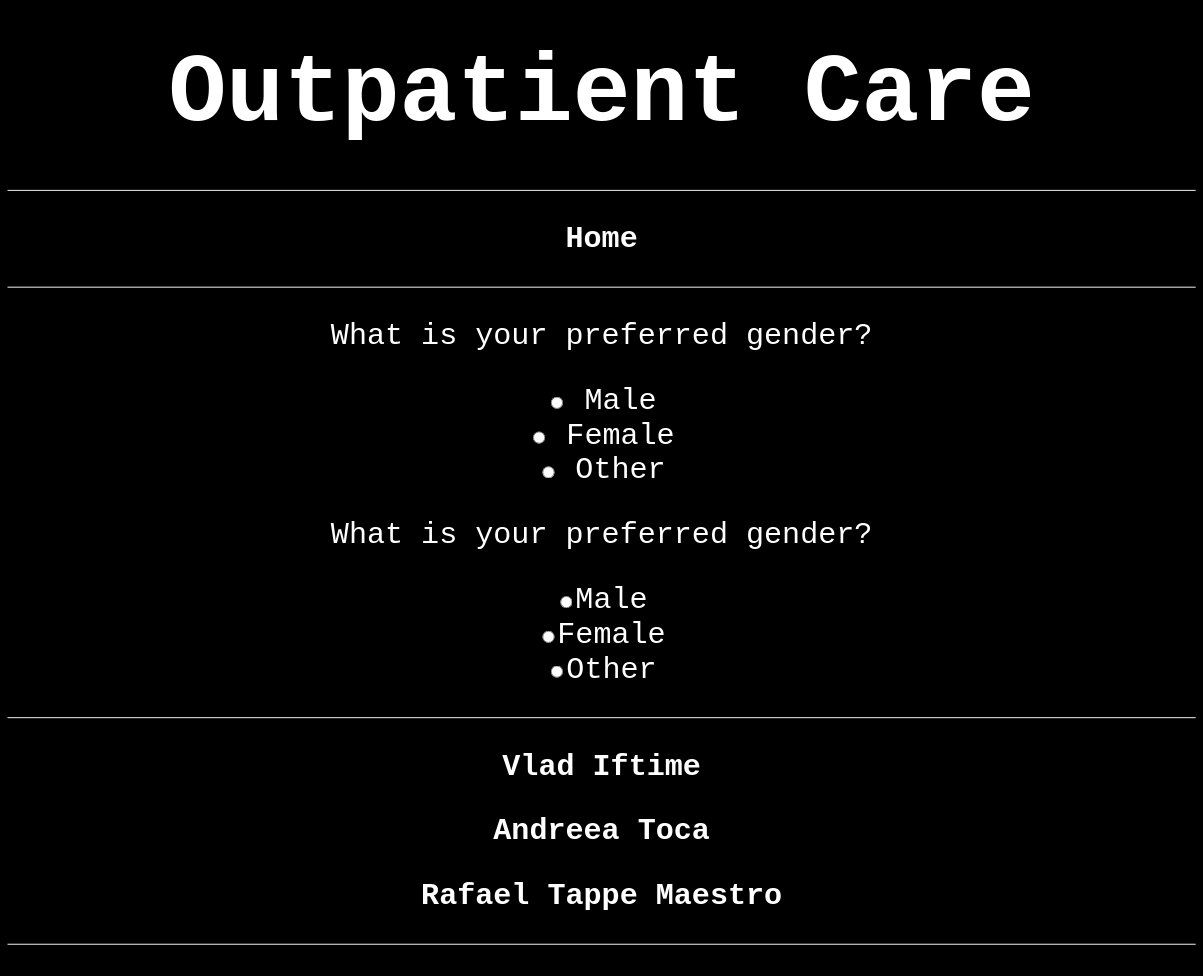
Repository: VladIftime/KnowledgeTechnology2019
Page: src/front/index.html
The author's editor kept a copy of each file at every save. The page is drawn from the files as they stood at one save, then again after the next save.
The browser window is 1280 px wide. The pictures show the whole page, at 94% of full size.

Above is the page before, as saved 2020-01-11 20:08:00.

After the next save:
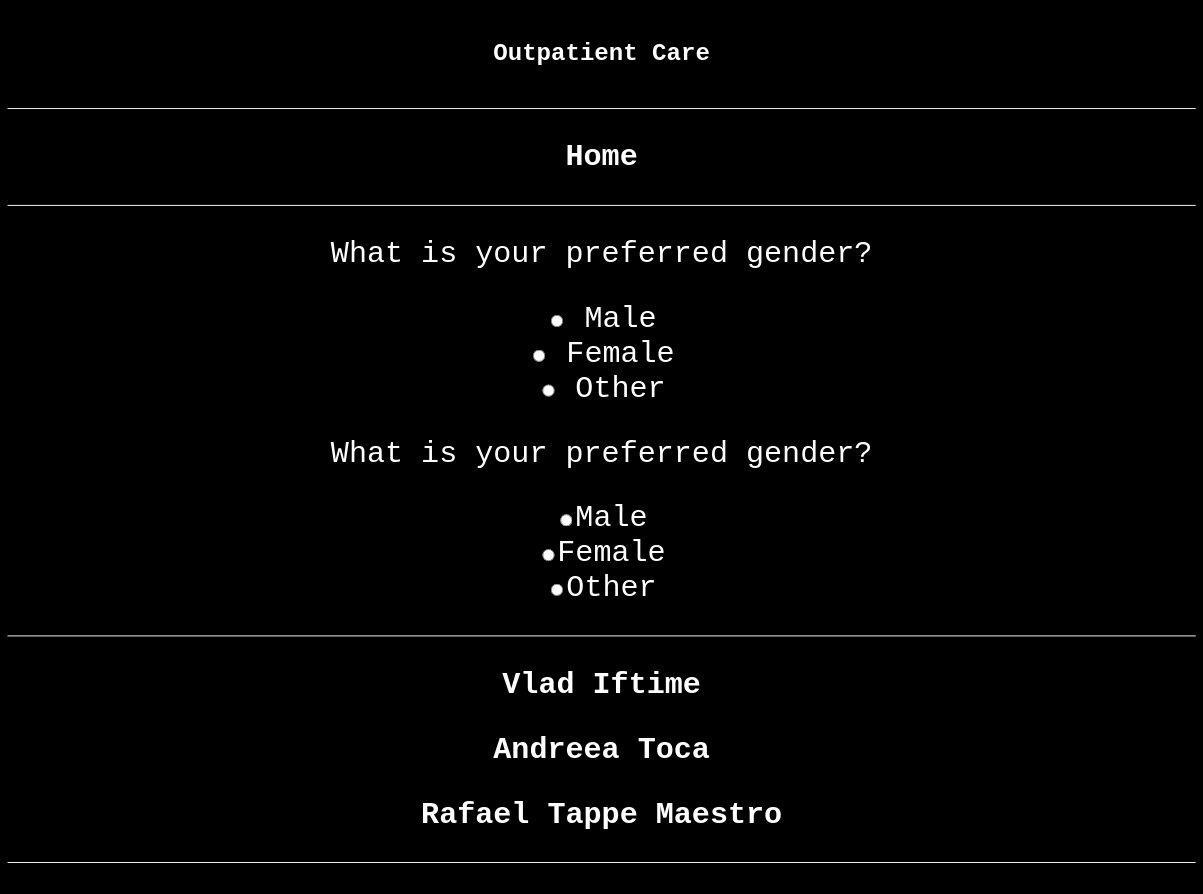
Saved 14 s later.
--- a/src/front/style.css
+++ b/src/front/style.css
@@ -9,7 +9,7 @@ html {
 
 @media screen and (min-width: 5cm) {
     .brokenLine {display: none;}
-    .oneLine {font-size: 8vw; display: block}
+    .oneLine {font-size: 2vw; display: block}
 }
 
 body {
